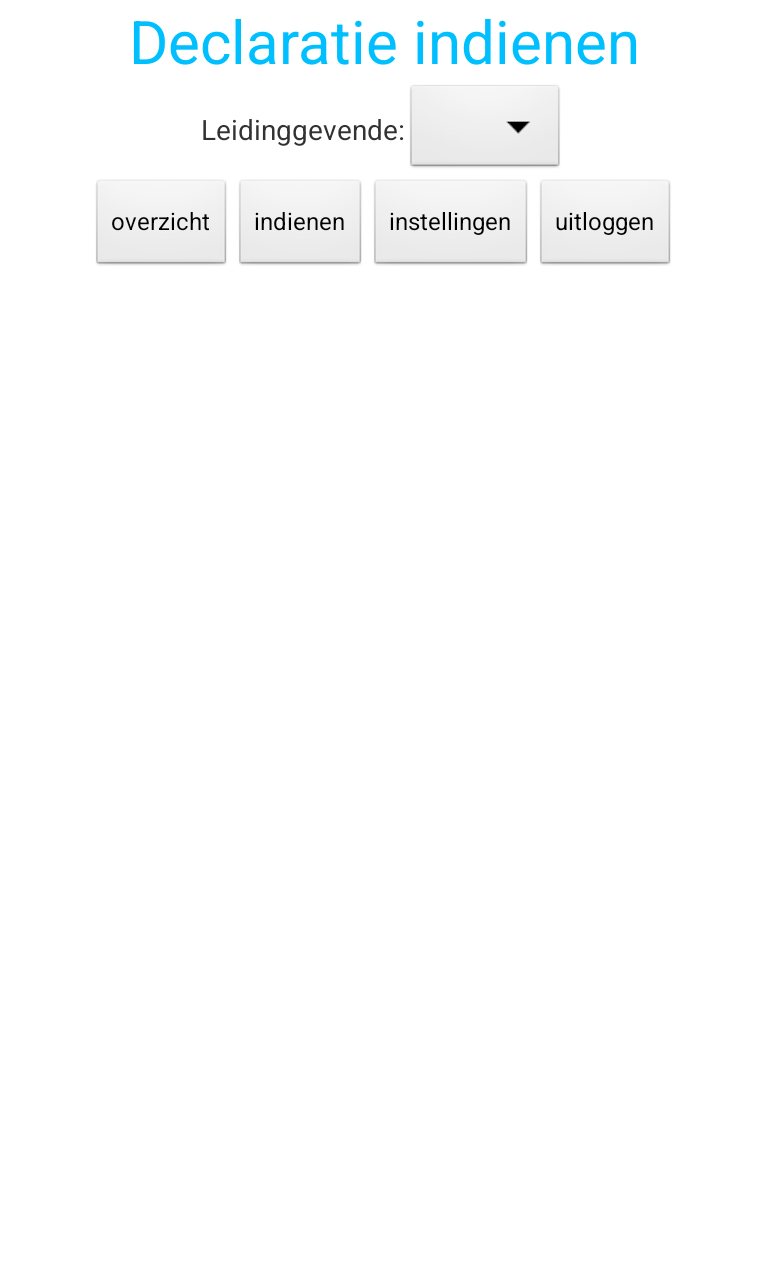
Repository: alexanderbolhuis/ilmoitus_mobile
Layout: LoginActivity/res/layout/activity_declare.xml
The author's editor kept a copy of each file at every save. The layout is drawn from the files as they stood at one save, then again after the next save.
It is drawn on a 768 x 1280 px phone screen (xhdpi) without system bars, with theme AppTheme; the app's code is not run.

Above is the layout before, as saved 2014-05-04 18:10:30.

After the next save:
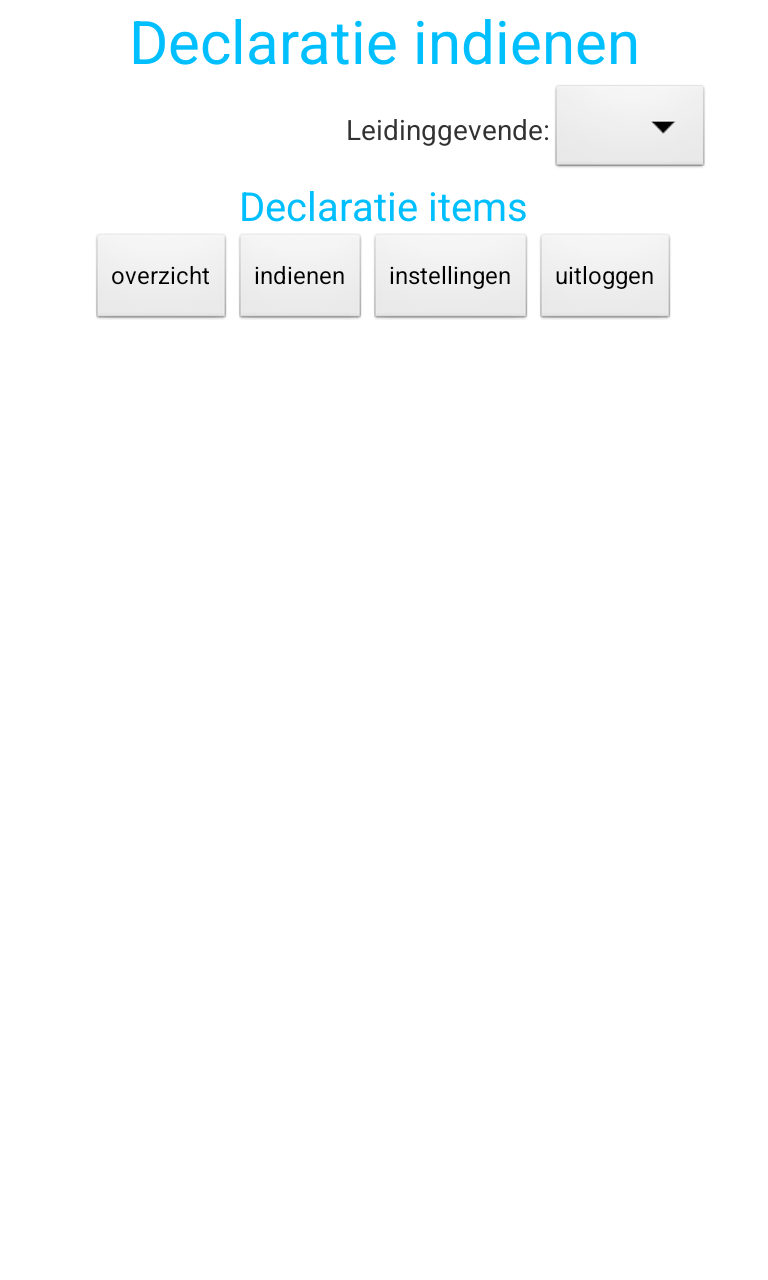
Saved 29 min 37 s later.
--- a/LoginActivity/res/layout/activity_declare.xml
+++ b/LoginActivity/res/layout/activity_declare.xml
@@ -33,8 +33,22 @@
        		android:width="100px"/>
     </TableRow>
 
-    <TableRow >
+    <TableRow>
 
+    </TableRow>
+
+    <TableRow
+        android:id="@+id/tableRow1"
+        android:layout_width="match_parent"
+        android:layout_height="wrap_content"
+        android:gravity="center">
+
+        <TextView
+        	android:layout_width="wrap_content"
+        	android:layout_height="wrap_content"
+        	android:text="Declaratie items"
+        	android:textColor="#00BFFF"
+        	android:textSize="20dp" />
     </TableRow>
 
     <LinearLayout

After the 4 saves that followed:
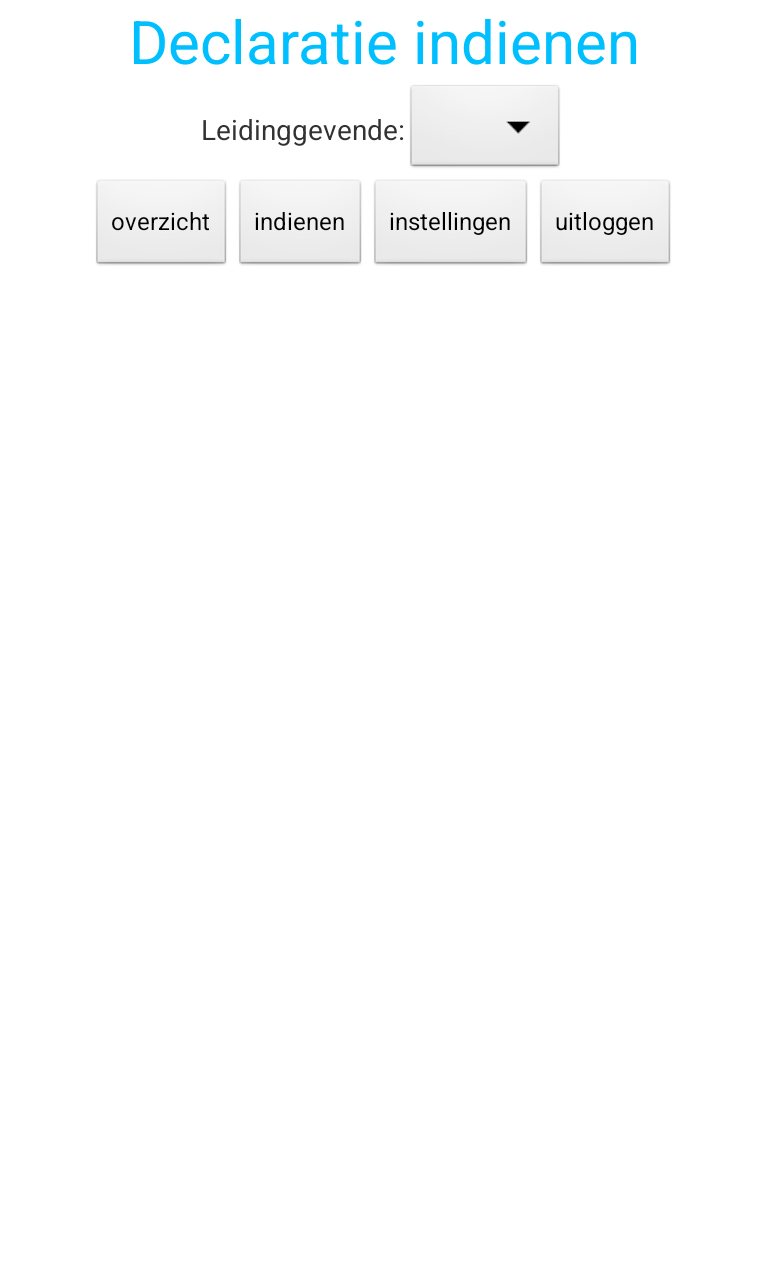
The 4 saves are shown as one change because 3 left the picture as it was.
The last was saved 5 min 10 s later.
--- a/LoginActivity/res/layout/activity_declare.xml
+++ b/LoginActivity/res/layout/activity_declare.xml
@@ -33,22 +33,17 @@
        		android:width="100px"/>
     </TableRow>
 
-    <TableRow>
-
-    </TableRow>
-
     <TableRow
-        android:id="@+id/tableRow1"
+        android:id="@+id/tableRow2"
         android:layout_width="match_parent"
         android:layout_height="wrap_content"
         android:gravity="center">
 
-        <TextView
-        	android:layout_width="wrap_content"
-        	android:layout_height="wrap_content"
-        	android:text="Declaratie items"
-        	android:textColor="#00BFFF"
-        	android:textSize="20dp" />
+
+    </TableRow>
+
+    <TableRow>
+
     </TableRow>
 
     <LinearLayout
